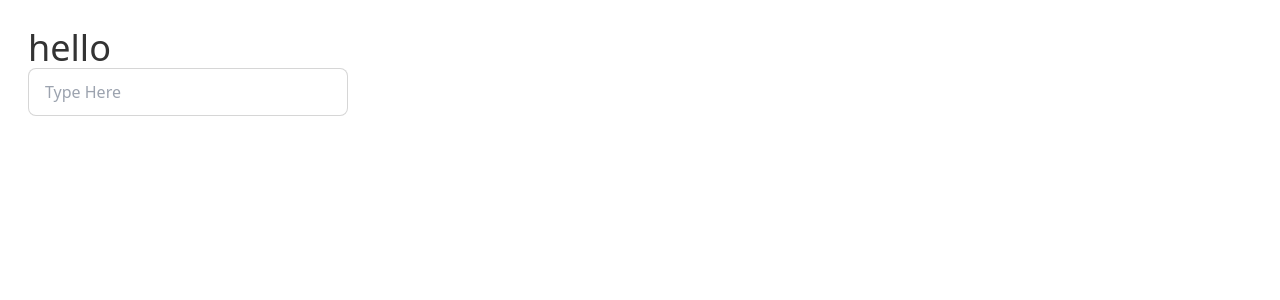
Repository: mdrubel02/yummy-yums-client
Page: /
The author's editor kept a copy of each file at every save. The page is drawn from the files as they stood at one save, then again after the next save.
The browser window is 1280 px wide. The pictures show the whole page.
The project was rebuilt for these pictures with package versions that can differ from the ones it lists, and the page was loaded fresh each time. Also part of the build but not shown: vite.config.js.

Above is the page before, as saved 2023-04-06 18:01:03.

### src/App.jsx
import React from 'react'


function App() {
  return (
    <div className="w-96 p-7">
      {/* <div className='w-96 p-7'>

        <h2 className="text-4xl">Add A Doctor</h2>

        <form >
          <div className="form-control w-full max-w-xs">
            <label className="label"> <span className="label-text">Name</span></label>
            <input type="text" placeholder="Type here" className="input input-bordered w-full max-w-xs" />
          </div>
          <input className='btn btn-accent w-full mt-4' value="Add Doctor" type="submit" />
        </form>


      </div> */}
      <h1 className="text-4xl">hello</h1>
      <form>
        <div className="form-control w-full max-w-xs">
          <input type="text" placeholder="Type Here" className="input input-bordered w-fu
          max-w-xs" />
        </div>
      </form>
    </div>
  )
}

export default App

### tailwind.config.js
/** @type {import('tailwindcss').Config} */
export default {
  content: [
    "./index.html",
    "./src/**/*.{js,ts,jsx,tsx}",
  ],
  daisyui:{
    themes: [
      {
        doctortheme:{
          primary: '#0FCFEC',
          secondary: '#19D3AE',
          accent: "#3A4256",
          neutral: "#3D4451",
          "base-100": "#FFFFFF",
        }
      }
    ]
  },
  theme: {
    extend: {},
  },
  plugins: [require("daisyui")],
}

Loaded but not shown: index.html (common file); src/main.jsx (common file); src/index.css (common file)

After the next save:
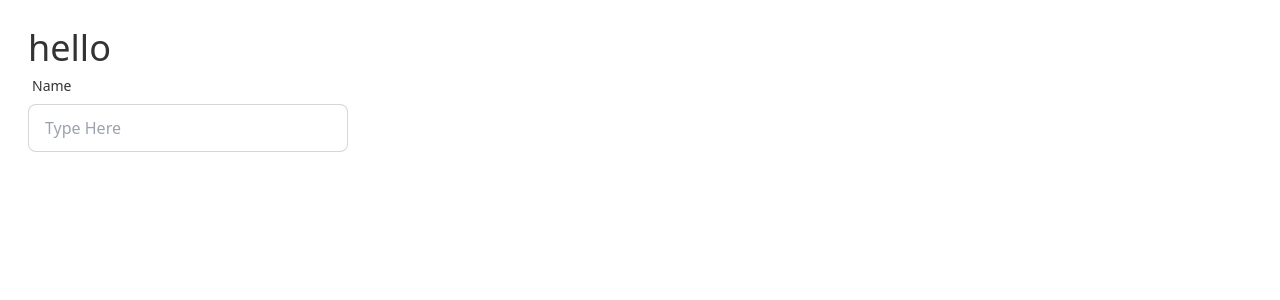
Saved 34 s later.
--- a/src/App.jsx
+++ b/src/App.jsx
@@ -21,6 +21,7 @@ function App() {
       <h1 className="text-4xl">hello</h1>
       <form>
         <div className="form-control w-full max-w-xs">
+        <label className="label"> <span className="label-text">Name</span></label>
           <input type="text" placeholder="Type Here" className="input input-bordered w-fu
           max-w-xs" />
         </div>
